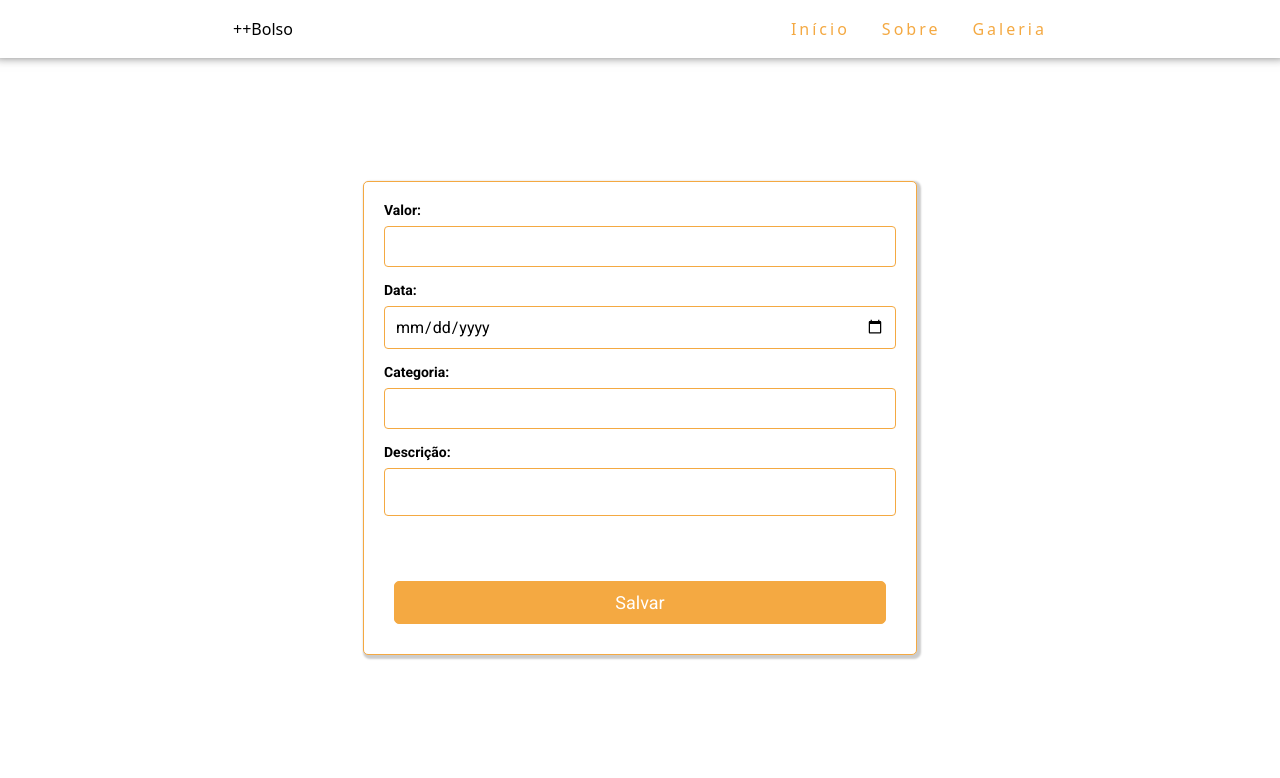
Repository: alexsanderkafka/java-servlets
Page: http://localhost/SaveMoney/cadastrarDespesa.jsp
The author's editor kept a copy of each file at every save. The page is drawn from the files as they stood at one save, then again after the next save.
The browser window is 1280 px wide. The pictures show the whole page.
The page is served by Tomcat 9. Nobody is signed in. The application's start-up code is not run.

Above is the page before, as saved 2024-10-03 13:12:46.

After the next save:
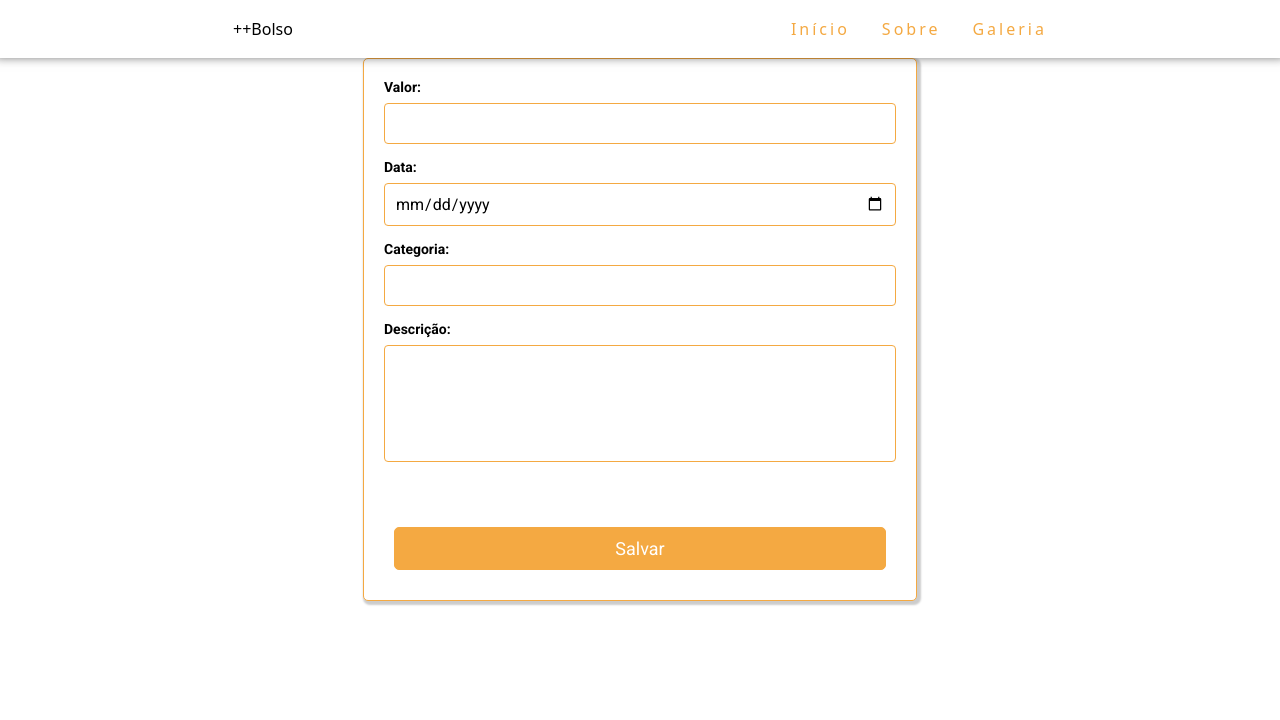
Saved 41 s later.
--- a/SaveMoney/src/main/webapp/styles/style.css
+++ b/SaveMoney/src/main/webapp/styles/style.css
@@ -54,13 +54,6 @@
 
 
 /*CSS INDEX*/
-
-html, body {
-    height: 100%;
-    margin: 0;
-    padding: 0;
-}
-
 .container-initial {
     width: 100%;
     height: 100%;

After the save that followed:
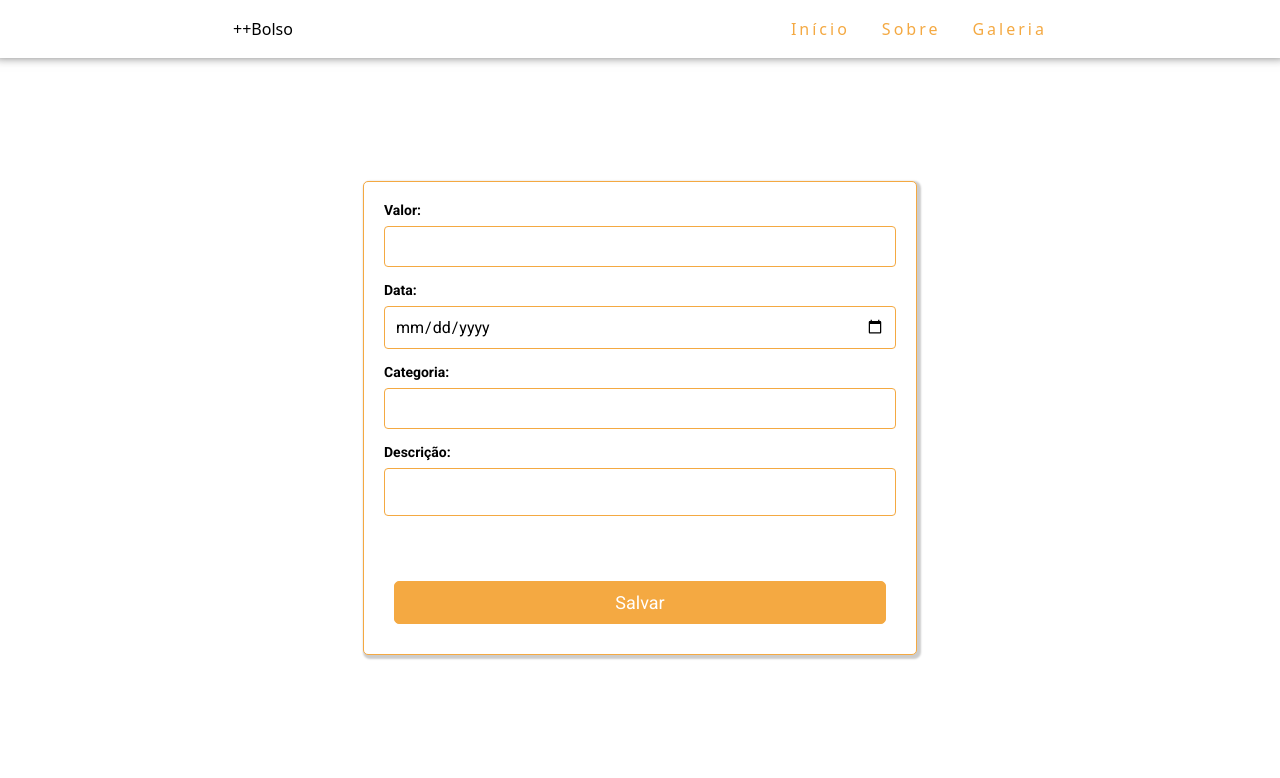
Saved 4 s later.
--- a/SaveMoney/src/main/webapp/styles/style.css
+++ b/SaveMoney/src/main/webapp/styles/style.css
@@ -20,6 +20,13 @@
     font: inherit;
     vertical-align: baseline;
 }
+
+html, body {
+    height: 100%;
+    margin: 0;
+    padding: 0;
+}
+
 
 header{
     background-color: white;
